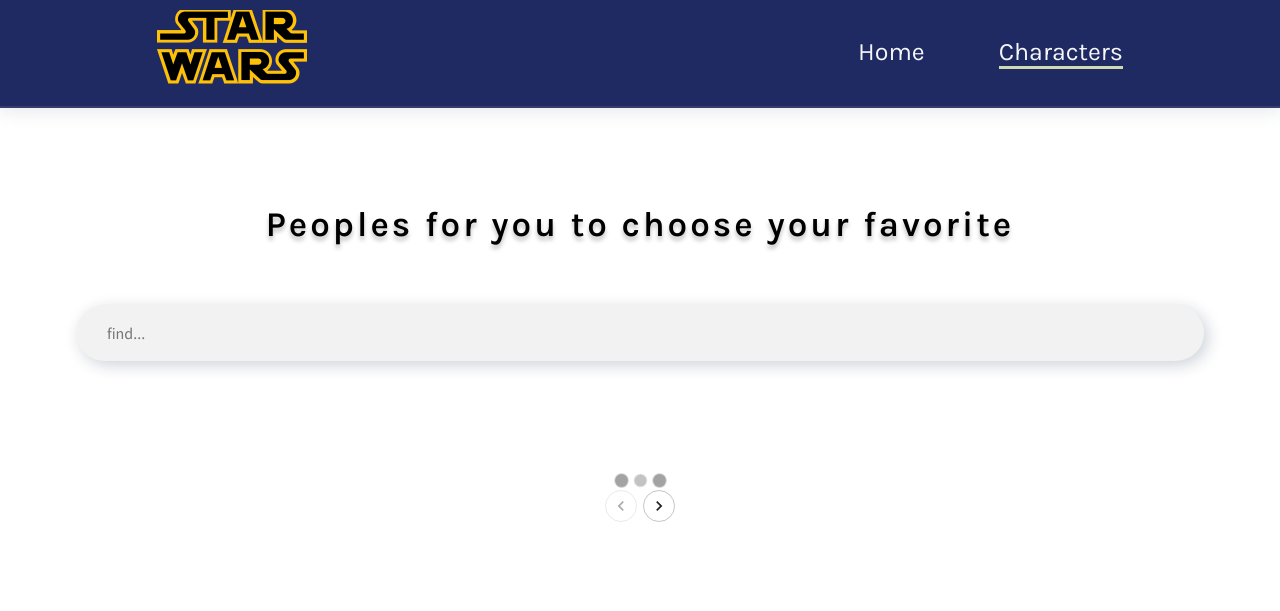
Repository: Alexey2236/starwars
Page: /characters
An editor plug-in stored every save of this project. The page is shown before and after the next save, followed by the edit.
The browser window is 1280 px wide. The pictures show the whole page.
The page's requests for data from a server got no answer. The project was rebuilt for these pictures with package versions that can differ from the ones it lists, and the page was loaded fresh each time. No one was signed in, and anything a server would have sent is missing. Also part of the build but not shown: src/pages/homePage/homePage.css, src/pages/homePage/HomePage.jsx, src/components/charCard/charCard.css, src/components/charCard/CharCard.jsx, src/components/modal/modal.css, src/components/modal/Modal.jsx, src/pages/errorPage/errorPage.css, src/pages/errorPage/ErrorPage.jsx.

Above is the page before, as saved 2022-10-29 20:16:22.

After the next save:
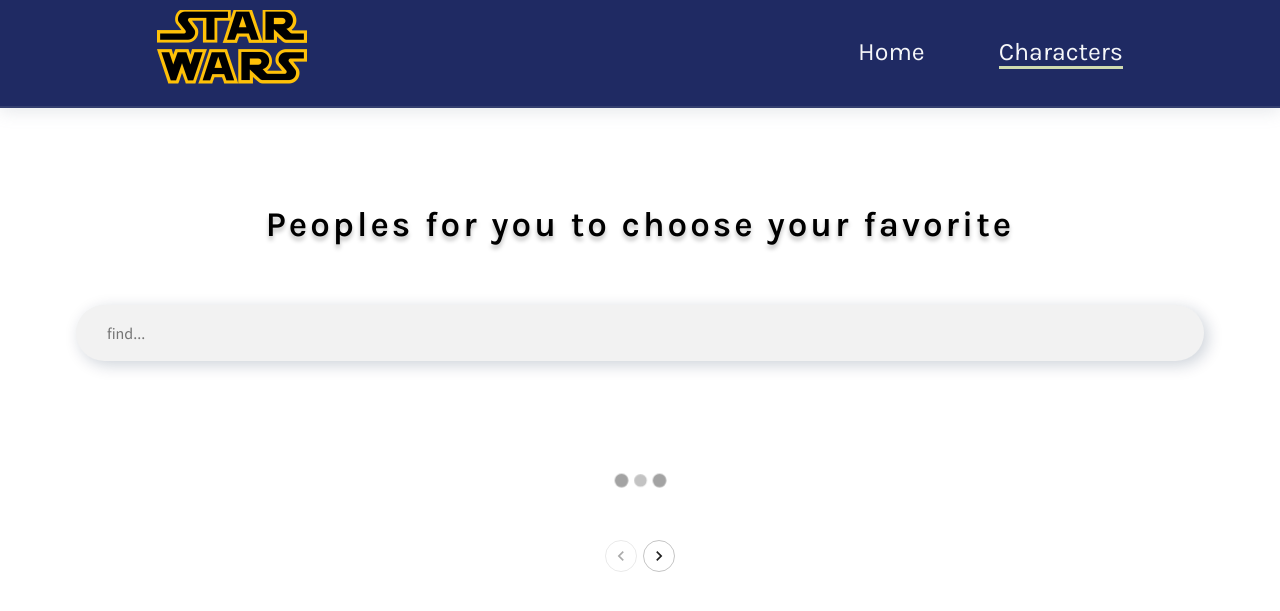
Saved 49 s later.
--- a/src/pages/charactersPage/CharactersPage.jsx
+++ b/src/pages/charactersPage/CharactersPage.jsx
@@ -75,9 +75,10 @@
 
       {characters ? (
         <Pagination
-          count={+Math.ceil(characters.count / 10)}
+          count={Math.ceil(characters.count / 10)}
           variant="outlined"
           color="primary"
+          style={{marginTop: '50px'}}
         />
       ) : null}
     </div>
